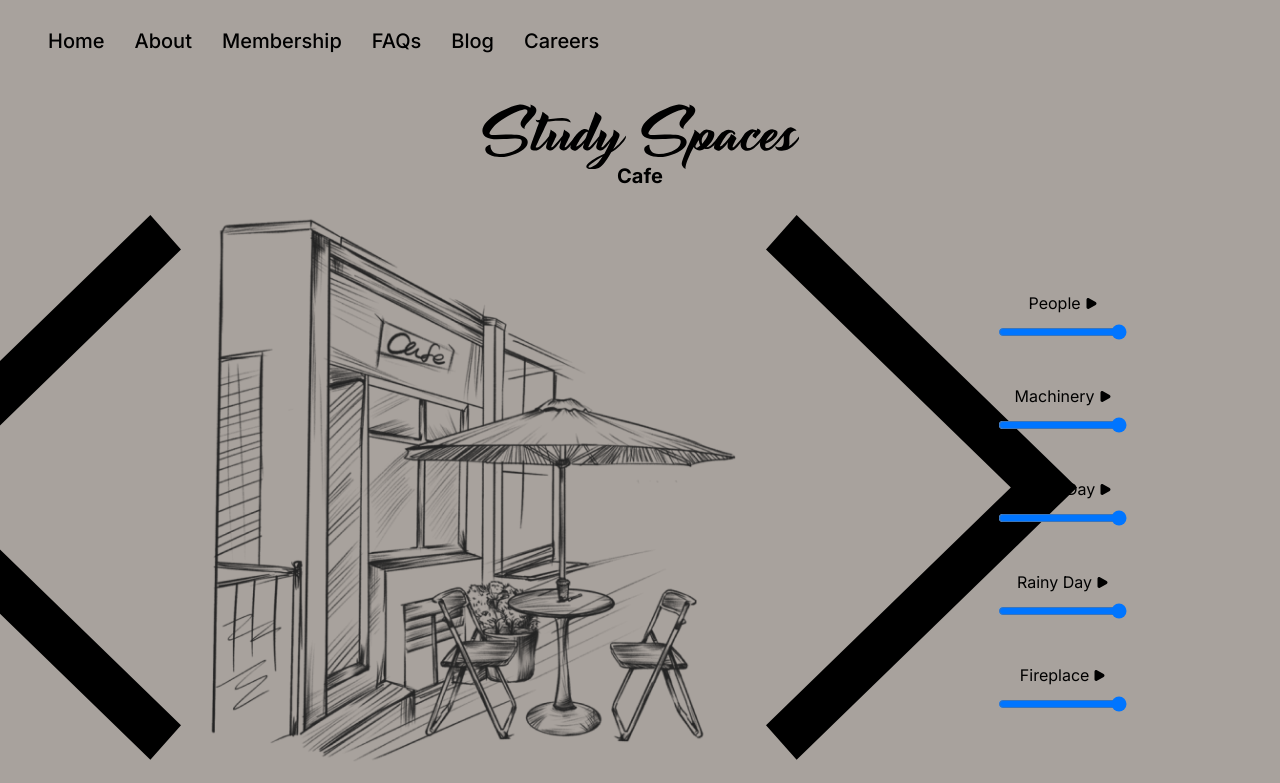
Repository: kaitlynlie/studyspaces
Page: / (app in studyspaces/)
The author's editor kept a copy of each file at every save. The page is drawn from the files as they stood at one save, then again after the next save.
The browser window is 1280 px wide. The pictures show the whole page.
The project was rebuilt for these pictures with package versions that can differ from the ones it lists, and the page was loaded fresh each time. Also part of the build but not shown: studyspaces/vite.config.ts. Imported but missing from the stored project, and not drawn on this page: studyspaces/src/audio/fireplace.wav, studyspaces/src/audio/people.wav, studyspaces/src/audio/rain.wav, studyspaces/src/audio/softmachinery.mp3, studyspaces/src/audio/sun.wav.

Above is the page before, as saved 2023-09-28 10:54:19.

### studyspaces/index.html
<!DOCTYPE html>
<html lang="en">
  <head>
    <meta charset="UTF-8" />
    <link rel="icon" type="image/svg+xml" href="/vite.svg" />
    <meta name="viewport" content="width=device-width, initial-scale=1.0" />
    <title>Study Spaces</title>
  </head>
  <body>
    <div id="root"></div>
    <script type="module" src="/src/main.tsx"></script>
  </body>
</html>

### studyspaces/src/main.tsx
import React from 'react'
import ReactDOM from 'react-dom/client'
import App from './App'
import './index.scss'
import { BrowserRouter } from 'react-router-dom'

ReactDOM.createRoot(document.getElementById('root')!).render(
  <BrowserRouter>
    <App />
  </BrowserRouter>,
)

### studyspaces/src/App.tsx
import clsx from "clsx";
import { Route, Routes } from 'react-router-dom'
import React from "react";
import { Home } from "./pages/Home";
import { Navbar } from "./pages";

function App() {
  return (
    <>
      <div className={clsx("app", "w-full overflow-hidden")}>
          {/* <img
            src={tracks}
            alt='tracks'
            className={clsx(styles.tracks)}
          />  */}
        <Navbar />
        <Routes>
          <Route index path="/" element={<Home />} />
          {/* <Route path="about" element={<About />} />
          <Route path="membership" element={<Membership />} />
          <Route path="faq" element={<FAQ />} />
          <Route path="blog" element={<Blog />} />
          <Route path="careers" element={<Careers />} />
          <Route path='blog2' element={<Blog2 />} /> */}
      </Routes>
      </div>
    </>
  )
  }

export default App;

### studyspaces/src/index.scss
@import url("https://fonts.googleapis.com/css2?family=Inter:wght@400;500;600;700;800;900&display=swap");
// @import "./style/globals/general.scss";

@tailwind base;
@tailwind components;
@tailwind utilities;

:root {
  font-family: Inter;
  overflow-x: hidden;
}

@keyframes jump {
  0%, 100% {
    transform: translateY(0);
  }
  50% {
    transform: translateY(-20px);
  }
}

.jumping-word {
  display: inline-block;
  animation: jump 1s infinite;
}

### studyspaces/src/pages/Home.tsx
import styles from "./home.module.scss";
import clsx from "clsx";
import { title, coffee, leftarrow, rightarrow, play, pause } from "../assets";
import React, { ChangeEvent, useState, useRef } from 'react';
import { people, machinery, sunny, rainy, fire } from "../audio";

export function Home() {
  const [sliderValues, setSliderValues] = useState({
    peopleVolumeSlider: 1,
    machVolumeSlider: 1,
    sunnyVolumeSlider: 1,
    rainyVolumeSlider: 1,
    fireVolumeSlider: 1,
  });

  const handleSliderChange = (event: ChangeEvent<HTMLInputElement>) => {
    const { id, value } = event.target;
    setSliderValues((prevValues) => ({
      ...prevValues,
      [id]: parseFloat(value),
    }));
  };

  const [isPlaying, setIsPlaying] = useState<AudioState>({});

  interface AudioState {
    [key: string]: boolean;
  }

  const handlePlayButtonClick = (audioId: string) => {
    setIsPlaying((prevState) => ({
      ...prevState,
      [audioId]: !prevState[audioId] || !prevState[audioId],
    }));
  };

  return (
    <div className={clsx(styles.body)}>
        <section className={clsx(styles.home)}>
            <img src={title} className={clsx(styles.title)}/>
            <h4>Cafe</h4>
            <div className={clsx(styles.content)}>
              <div className={clsx(styles.hero)}>
                <img id="leftArrow" src={leftarrow} />
                <img src={coffee} className={clsx(styles.coffee)} />
                <img id="rightArrow" src={rightarrow} />
              </div>

              <div className={clsx(styles.audiolist)}>
                <div className={clsx(styles.audio)}>
                  <div className={clsx(styles.title)}>
                    <p>People</p>
                    <img
                      src={play}
                      width="11"
                      height="11"
                      id="peoplePlayButton"
                      onClick={() => handlePlayButtonClick("peopleAudioPlayer")}                    />
                  </div>
                  <audio id="peopleAudioPlayer">
                    <source src={people} type="audio/wav" />
                  </audio>
                  <input
                    type="range"
                    id="peopleVolumeSlider"
                    min={0}
                    max={1}
                    step={0.1}
                    value={sliderValues.peopleVolumeSlider}
                    onChange={handleSliderChange}
                  />
                </div>

                <div className={clsx(styles.audio)}>
                  <div className={clsx(styles.title)}>
                    <p>Machinery</p>
                    <img
                      src={play}
                      width="11"
                      height="11"
                      id="machPlayButton"
                      onClick={() => handlePlayButtonClick("machAudioPlayer")}
                    />
                  </div>
                  <audio id="machAudioPlayer">
                    <source src={machinery} type="audio/mp3" />
                  </audio>
                  <input
                    type="range"
                    id="machVolumeSlider"
                    min={0}
                    max={1}
                    step={0.1}
                    value={sliderValues.machVolumeSlider}
                    onChange={handleSliderChange}
                  />
                </div>

                <div className={clsx(styles.audio)}>
                  <div className={clsx(styles.title)}>
                    <p>Sunny Day</p>
                    <img
                      src={play}
                      width="11"
                      height="11"
                      id="sunnyPlayButton"
                      onClick={() => handlePlayButtonClick("sunnyAudioPlayer")}
                    />
                  </div>
                  <audio id="sunnyAudioPlayer">
                    <source src={sunny} type="audio/wav" />
                  </audio>
                  <input
                    type="range"
                    id="sunnyVolumeSlider"
                    min={0}
                    max={1}
                    step={0.1}
                    value={sliderValues.sunnyVolumeSlider}
                    onChange={handleSliderChange}
                  />
                </div>

                <div className={clsx(styles.audio)}>
                  <div className={clsx(styles.title)}>
                    <p>Rainy Day</p>
                    <img
                      src={play}
                      width="11"
                      height="11"
                      id="rainyPlayButton"
                      onClick={() => handlePlayButtonClick("rainyAudioPlayer")}
                    />
                  </div>
                  <audio id="rainyAudioPlayer">
                    <source src={rainy} type="audio/wav" />
                  </audio>
                  <input
                    type="range"
                    id="rainyVolumeSlider"
                    min={0}
                    max={1}
                    step={0.1}
                    value={sliderValues.rainyVolumeSlider}
                    onChange={handleSliderChange}
                  />
                </div>

                <div className={clsx(styles.audio)}>
                  <div className={clsx(styles.title)}>
                    <p>Fireplace</p>
                    <img
                      src={play}
                      width="11"
                      height="11"
                      id="firePlayButton"
                      onClick={() => handlePlayButtonClick("fireAudioPlayer")}
                    />
                  </div>
                  <audio id="fireAudioPlayer">
                    <source src={fire} type="audio/wav" />
                  </audio>
                  <input
                    type="range"
                    id="fireVolumeSlider"
                    min={0}
                    max={1}
                    step={0.1}
                    value={sliderValues.fireVolumeSlider}
                    onChange={handleSliderChange}
                  />
                </div>
              </div>
            </div>
        </section>
    </div>
  );
}

### studyspaces/src/pages/index.ts
import Navbar from "./Navbar";

export {
    Navbar
}

### studyspaces/src/pages/home.module.scss
body {
    background-color: rgb(168, 162, 157);
    section.home {
        padding: 10px;
        display: flex;
        flex-direction: column;
        justify-content: center;
        align-items: center;
        .title {
            margin-top: 20px;
        }
        h4 {
            text-align: center;
            font-size: 20px;
            font-weight: 700;
            margin-top: -5px;
        }
        .content {
            display: flex;
            justify-content: space-between;
            gap: 200px;
            transition: gap 0.3s ease;
            // @media (max-width: 1089px) {
            //     gap: 50px;
            // }
            // @media (max-width: 919px) {
            //   flex-direction: column;
            // }
            .hero {
                display: flex;
                justify-content: center;
                gap: 30px;
                .coffee {
                    max-width: 550px;
                    max-height: 550px;
                    width: 100%;
                    height: 100%;
                    @media (max-width: 664px) {
                        max-width: 300px;
                        max-height: 300px;
                    }
                }
            }
            .audiolist {
                display: flex;
                flex-direction: column;
                align-items: center;
                justify-content: center;
                .audio {
                    display: flex;
                    flex-direction: column;
                    justify-content: center;
                    align-items: center;
                    .title {
                        display: flex;
                        flex-direction: row;
                        justify-content: center;
                        align-items: center;
                        gap: 5px;
                        img {
                            cursor: pointer;
                        }
                        .custom-range-slider {
                            appearance: none;
                            width: 100%;
                            height: 8px;
                            border-radius: 5px;
                            background-color: black;
                            outline: none;
                          }

                          .custom-range-slider::-webkit-slider-thumb {
                            appearance: none;
                            width: 16px;
                            height: 16px;
                            border-radius: 50%;
                            background-color: white;
                            cursor: pointer;
                          }

                          .custom-range-slider::-moz-range-thumb {
                            width: 16px;
                            height: 16px;
                            border-radius: 50%;
                            background-color: white;
                            cursor: pointer;
                          }

                          .custom-range-slider::-ms-thumb {
                            width: 16px;
                            height: 16px;
                            border-radius: 50%;
                            background-color: white;
                            cursor: pointer;
                          }
                        #peopleVolumeSlider {
                            -webkit-appearance: none;
                            appearance: none;
                            width: 100%;
                            height: 5px;
                            background-color: black; /* Set the default color of the track/bar */
                            outline: none;
                            position: relative;
                          }

                          #peopleVolumeSlider::-webkit-slider-thumb {
                            -webkit-appearance: none;
                            appearance: none;
                            width: 12px;
                            height: 12px;
                            background-color: black; /* Set the color of the slider thumb */
                            cursor: pointer;
                            border-radius: 50%;
                            position: relative;
                            z-index: 1;
                          }

                          #sunnyVolumeSlider {
                            -webkit-appearance: none;
                            appearance: none;
                            width: 100%;
                            height: 5px;
                            background-color: black; /* Set the default color of the track/bar */
                            outline: none;
                            position: relative;
                          }

                          #sunnyVolumeSlider::-webkit-slider-thumb {
                            -webkit-appearance: none;
                            appearance: none;
                            width: 12px;
                            height: 12px;
                            background-color: black; /* Set the color of the slider thumb */
                            cursor: pointer;
                            border-radius: 50%;
                            position: relative;
                            z-index: 1;
                          }

                          #rainyVolumeSlider {
                            -webkit-appearance: none;
                            appearance: none;
                            width: 100%;
                            height: 5px;
                            background-color: black; /* Set the default color of the track/bar */
                            outline: none;
                            position: relative;
                          }

                          #rainyVolumeSlider::-webkit-slider-thumb {
                            -webkit-appearance: none;
                            appearance: none;
                            width: 12px;
                            height: 12px;
                            background-color: black; /* Set the color of the slider thumb */
                            cursor: pointer;
                            border-radius: 50%;
                            position: relative;
                            z-index: 1;
                          }

                          #machVolumeSlider {
                            -webkit-appearance: none;
                            appearance: none;
                            width: 100%;
                            height: 5px;
                            background-color: black; /* Set the default color of the track/bar */
                            outline: none;
                            position: relative;
                          }

                          #machVolumeSlider::-webkit-slider-thumb {
                            -webkit-appearance: none;
                            appearance: none;
                            width: 12px;
                            height: 12px;
                            background-color: black; /* Set the color of the slider thumb */
                            cursor: pointer;
                            border-radius: 50%;
                            position: relative;
                            z-index: 1;
                          }

                          #fireVolumeSlider {
                            -webkit-appearance: none;
                            appearance: none;
                            width: 100%;
                            height: 5px;
                            background-color: black; /* Set the default color of the track/bar */
                            outline: none;
                            position: relative;
                          }

                          #fireVolumeSlider::-webkit-slider-thumb {
                            -webkit-appearance: none;
                            appearance: none;
                            width: 12px;
                            height: 12px;
                            background-color: black; /* Set the color of the slider thumb */
                            cursor: pointer;
                            border-radius: 50%;
                            position: relative;
                            z-index: 1;
                          }
                    }
                    input {
                        margin-top: -5px;
                        margin-bottom: 10px
                    }
                }
            }
        }
    }
}

### studyspaces/src/assets/index.ts
import title from './title.svg'
import coffee from './coffee.png'
import leftarrow from './leftarrow.svg'
import rightarrow from './rightarrow.svg'
import play from './play.svg'
import pause from './pause.svg'

export {
    title,
    coffee,
    leftarrow,
    rightarrow,
    play,
    pause
}

### studyspaces/src/audio/index.ts
import people from './people.wav'
import machinery from './softmachinery.mp3'
import sunny from './sun.wav'
import rainy from './rain.wav'
import fire from './fireplace.wav'

export {
    people,
    machinery,
    sunny,
    rainy,
    fire
}

### studyspaces/src/pages/Navbar.tsx
import React from 'react'
import styles from './Navbar.module.scss'
import clsx from 'clsx'
import { title } from '../assets'
import { Link } from 'react-router-dom'
import { useState } from 'react'
import { RiMenu3Line, RiCloseLine } from 'react-icons/ri';

const Navbar = () => {
  const [toggleMenu, setToggleMenu] = useState(false);
  const [nav, setNav] = useState(false);

  const openNav = () => {
    setNav(!nav);
  };

  return (
    <nav className={clsx(styles.navbar)}>
    <div className={clsx(styles.bar)}>
      <ul className={clsx(styles.components)}>
        <Link onClick={openNav} to='/'><li><a>Home</a></li></Link>
        <Link onClick={openNav} to='/about'><li><a>About</a></li></Link>
        <Link onClick={openNav} to='/membership'><li><a>Membership</a></li></Link>
        <Link onClick={openNav} to='/faq'><li><a>FAQs</a></li></Link>
        <Link onClick={openNav} to='/blog'><li><a>Blog</a></li></Link>
        <Link onClick={openNav} to='/careers'><li><a>Careers</a></li></Link>
      </ul>
    </div>

    {/* <div className={clsx(styles.signin)}>
      <p>Sign In</p>
      <button
        type="button"
        className={clsx(styles.button)}>
        Register
      </button>
    </div> */}

    <div className={clsx(styles.toggle)}>
        {toggleMenu
          ? <RiCloseLine color="#000" size={27} onClick={() => setToggleMenu(false)} />
          : <RiMenu3Line color="#000" size={27} onClick={() => setToggleMenu(true)} />}
        {toggleMenu && (
        <div className={clsx(styles.box)}>
          <div className="none">
            <ul className={clsx(styles.dropdown)}>
            <Link onClick={openNav} to='/'><li><a>Home</a></li></Link>
            <Link onClick={openNav} to='/about'><li><a>About</a></li></Link>
            <Link onClick={openNav} to='/membership'><li><a>Membership</a></li></Link>
            <Link onClick={openNav} to='/faq'><li><a>FAQs</a></li></Link>
            <Link onClick={openNav} to='/blog'><li><a>Blog</a></li></Link>
            <Link onClick={openNav} to='/careers'><li><a>Careers</a></li></Link>
            <li><a>Sign In</a></li>
            <li><a>Register</a></li>
            </ul>
          </div>
        </div>
        )}
        </div>
  </nav>
  )
}

export default Navbar

### studyspaces/src/pages/Navbar.module.scss
nav.navbar {
    display: flex;
    flex-direction: row;
    align-items: center;
    justify-content: space-between;
    z-index: 10;
    .components {
      display: flex;
      flex-direction: row;
      gap: 30px;
      font-size: 20px;
      font-weight: 500;
      line-height: 130%;
      z-index: 10;
      cursor: pointer;
      a {
        z-index: 10;
        list-style-type: none;
        text-decoration: none;
        color: inherit;
      }
      @media (max-width: 1156px) {
        display: none;
      }
    }
    .signin {
      display: flex;
      flex-direction: row;
      align-items: center;
      gap: 10px;
      font-size: 20px;
      font-weight: 500;
      line-height: 130%;
      z-index: 10;
      cursor: pointer;
      @media (max-width: 1156px) {
        display: none;
      }
      .button {
        border-radius: 5px;
        background: #184171;
        width: 150px;
        height: 49px;
        color: white;
        margin-right: 5px;
        z-index: 10;
      }
    }
    .toggle {
      position: relative;
      cursor: pointer;
      z-index: 10;
      display: none;
      margin-left: 20px;
      margin-right: 5px;
      @media (max-width: 1156px) {
        display: block;
      }
      .box {
        display: flex;
        justify-content: flex-end;
        align-items: flex-end;
        flex-direction: column;
        text-align: end;
        background-color: #184171c9;
        padding: 16px;
        position: absolute;
        top: 40px;
        right: 10px;
        border-radius: 5px;
        box-shadow: 0 10px 20px 0 rgba(0,0,0,0.5);
        z-index: 10;
        .dropdown {
          display: flex;
          justify-content: flex-end;
          align-items: flex-end;
          flex-direction: column;
          color: white;
          text-align: end;
          padding: 1px;
          li {
            margin-top: 8px;
          }
        }
      }
    }
  }

After the next save:
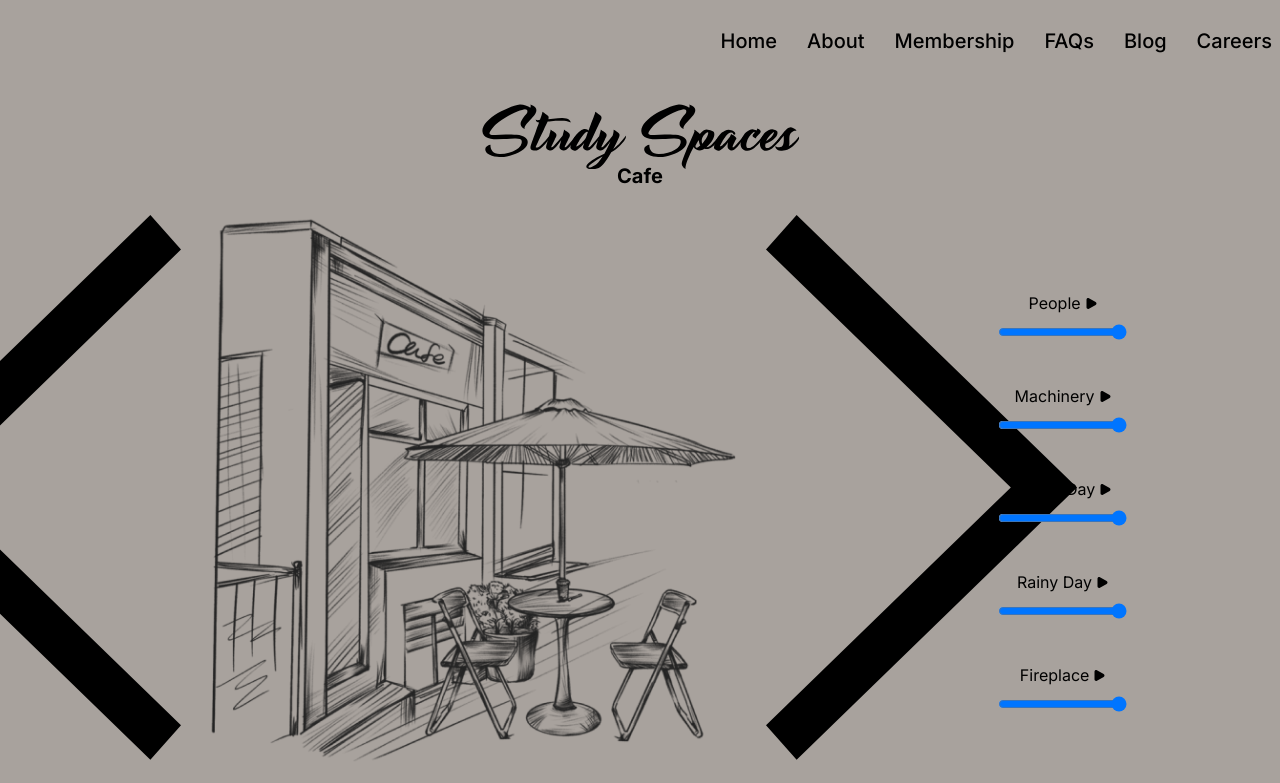
Saved 5 s later.
--- a/studyspaces/src/pages/Navbar.module.scss
+++ b/studyspaces/src/pages/Navbar.module.scss
@@ -2,7 +2,7 @@ nav.navbar {
     display: flex;
     flex-direction: row;
     align-items: center;
-    justify-content: space-between;
+    justify-content: flex-end;
     z-index: 10;
     .components {
       display: flex;
